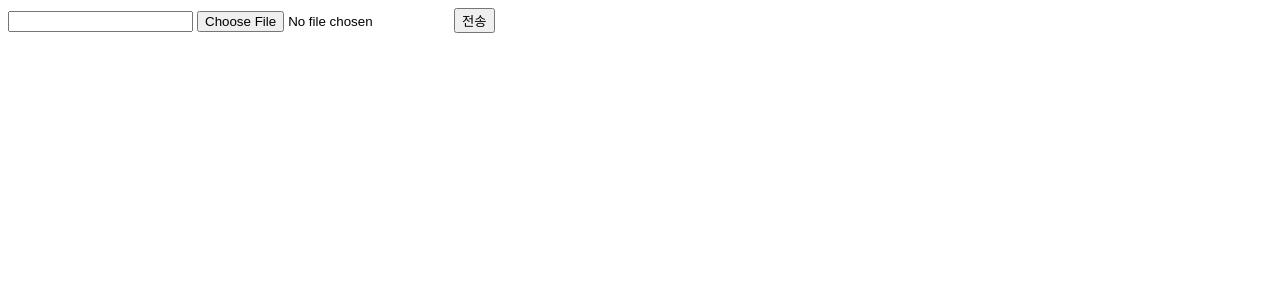
Repository: GoodPineApple/MulcamSpringWorkspace
Page: http://localhost/SpringDay17File/uploadForm.do
These files come from the project's save history. The page is drawn as it stood at one moment and after the next save; the edit follows.
The browser window is 1280 px wide. The pictures show the whole page.
Some web libraries are served in a nearby version. The page is served by Tomcat 9.

Above is the page before, as saved 2016-12-27 03:53:59.

After the next save:
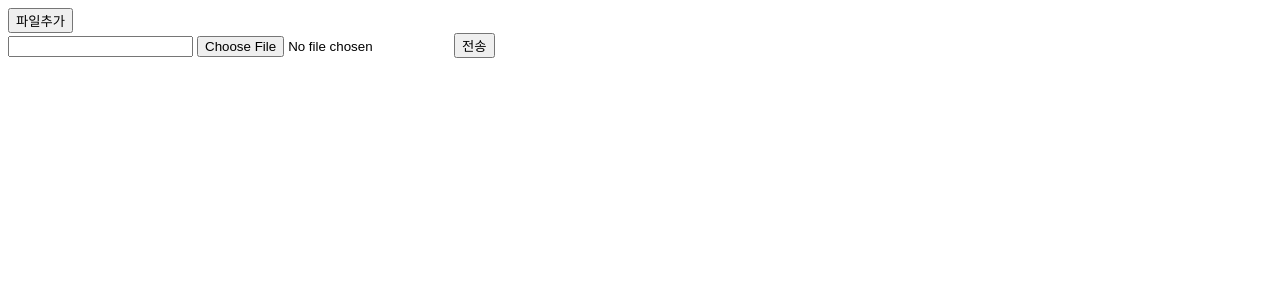
Saved 29 min 19 s later.
--- a/SpringDay17File/WebContent/upload_form.jsp
+++ b/SpringDay17File/WebContent/upload_form.jsp
@@ -5,8 +5,14 @@
 <head>
 <meta http-equiv="Content-Type" content="text/html; charset=EUC-KR">
 <title>업로드폼</title>
+<script src="https://ajax.googleapis.com/ajax/libs/jquery/3.1.1/jquery.min.js"></script>
+<script type="text/javascript">
+
+</script>
+
 </head>
 <body>
+<button id="btn">파일추가</button>
 <form action="upload.do" method="post" enctype="multipart/form-data">
 	<input type="text" name="title">
 	<input type="file" name="myFile">
